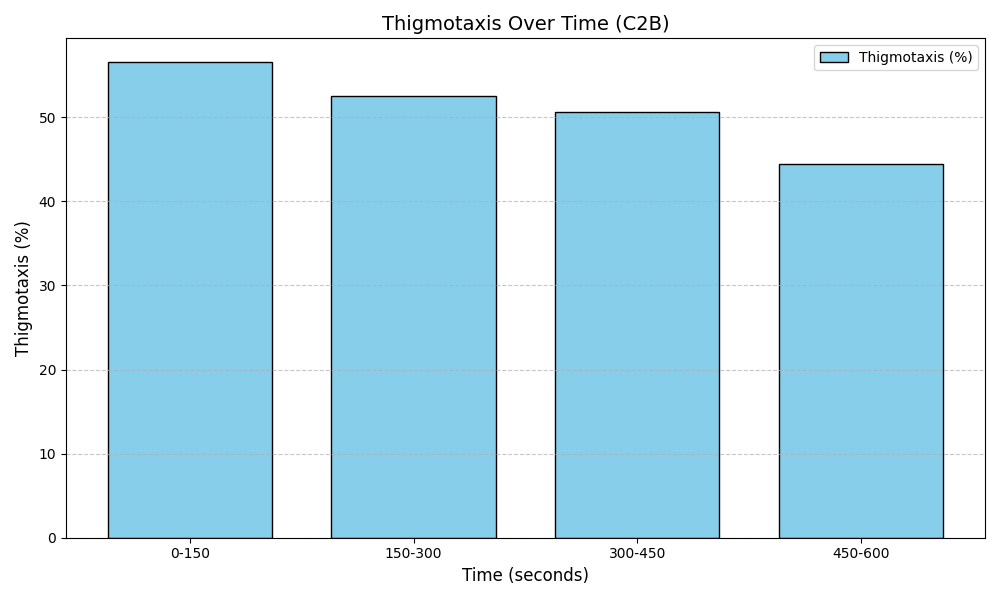
Repository: ZoharBNH5/Behavioral-Testing-Laboratory
Script's output: python bhave_tests.py
An editor plug-in stored every save of this project. The script's output is shown before and after the next save, followed by the edit.
Random numbers start from a fixed seed. It also reads C1G_241124_new.mat, C2B_271124_new.mat.

Above is the script's output before, as saved 2024-11-29 13:02:48.

After the next save:
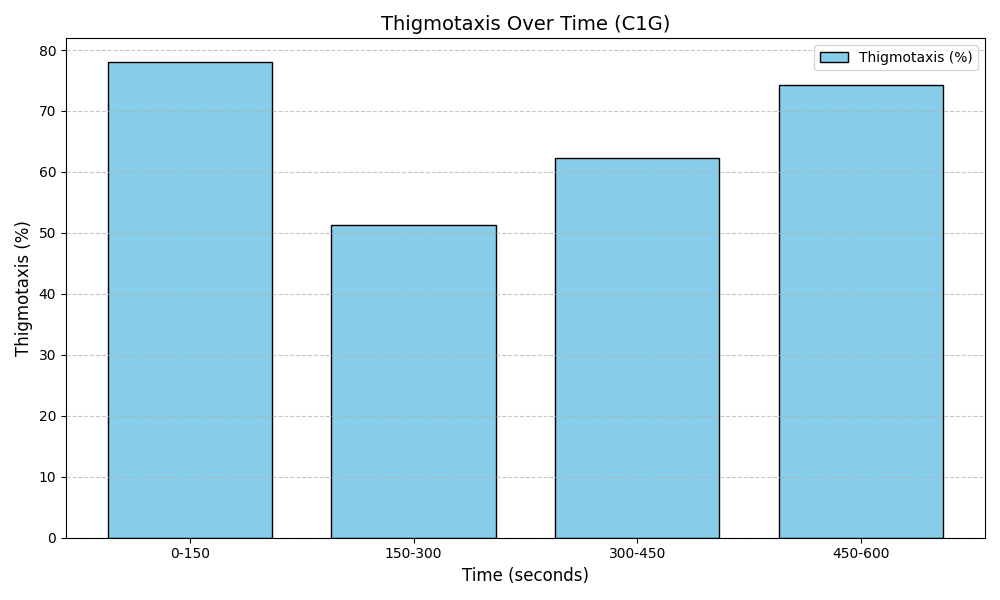
Saved 39 s later.
--- a/bhave_tests.py
+++ b/bhave_tests.py
@@ -9,8 +9,8 @@ import matplotlib.pyplot
 
 
 # load data from file
-data = loadmat('C2B_271124_new.mat')
-mouse_num = "C2B"
+data = loadmat('C1G_241124_new.mat')
+mouse_num = "C1G"
 
 print(data.keys())
 # Extract grooming start-stop data
